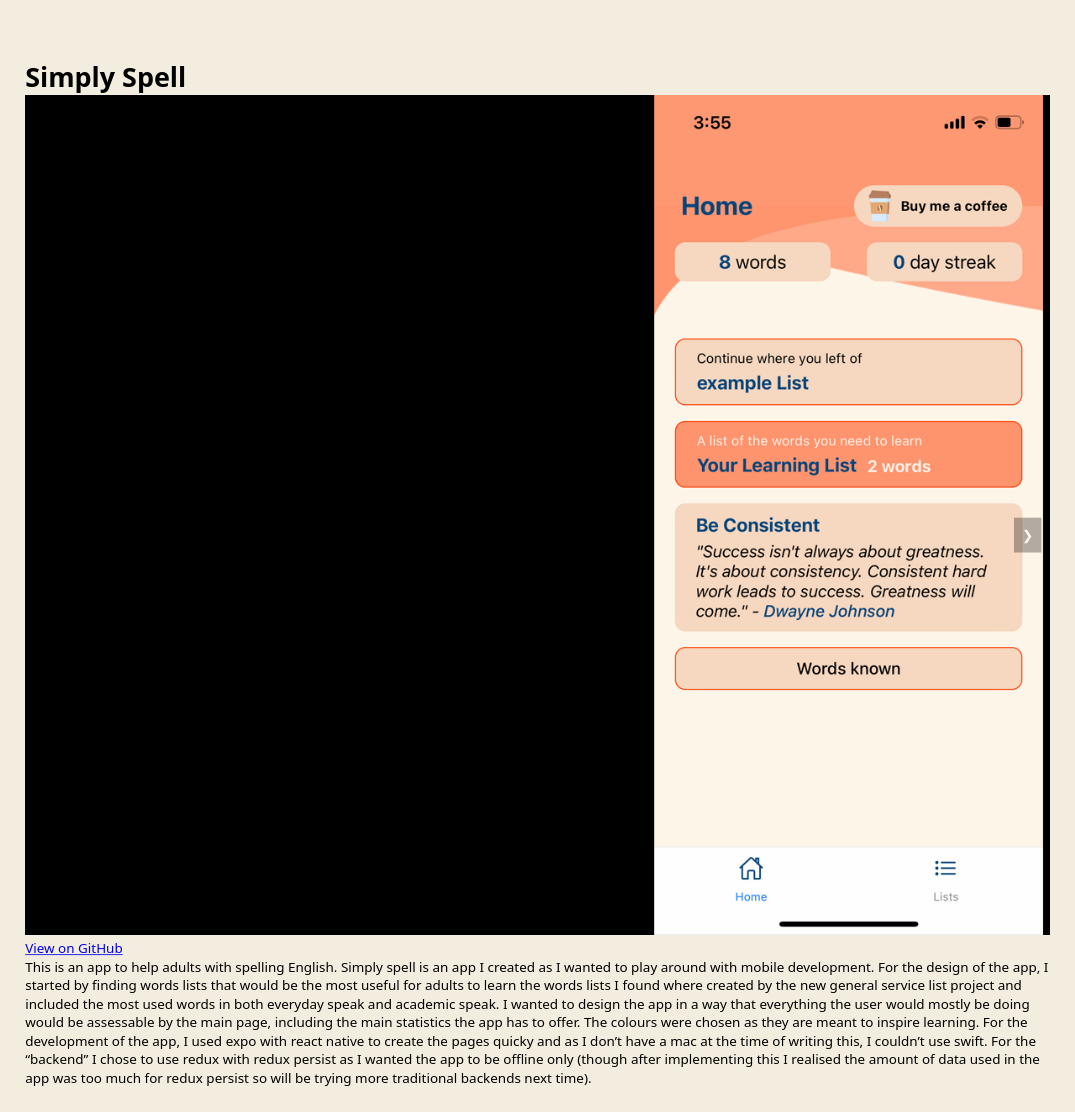
Repository: David-Waite/simpleespellwebsite
Page: /
The author's editor kept a copy of each file at every save. The page is drawn from the files as they stood at one save, then again after the next save.
The browser window is 1280 px wide. The pictures show the whole page, at 84% of full size.
The project was rebuilt for these pictures with package versions that can differ from the ones it lists, and the page was loaded fresh each time.

Above is the page before, as saved 2023-07-27 19:04:42.

### src/index.css
* {
  margin: 0;
  padding: 0;
  font-family: system-ui, -apple-system, BlinkMacSystemFont, "Segoe UI", Roboto,
    Oxygen, Ubuntu, Cantarell, "Open Sans", "Helvetica Neue", sans-serif;
}

body {
  background-color: #f3eddf;
  padding: 30px;
}
h1 {
  margin-top: 40px;
}

.carousel {
  display: flex;
  flex-direction: column;
  position: relative;
}

.slideContainer {
  scroll-snap-type: x mandatory;
  overflow-x: scroll;
  overflow-y: hidden;
  display: flex;
  align-items: center;
  height: 100%;
  -webkit-overflow-scrolling: touch;
  scroll-behavior: smooth;
}

.slideContainer::-webkit-scrollbar {
  display: none;
}
.slide {
  scroll-snap-align: center;
  position: relative;
  min-width: 100%;
  padding-top: 50%;
}
.slide img {
  height: auto;
  width: 100%;
  position: absolute;
  top: 0;
  left: 0;
}
.arrow {
  color: #ffffff;
  background-color: #000000;
  position: absolute;
  text-align: center;
  opacity: 0.3;
  cursor: pointer;
  position: absolute;
  top: 50%;
}
.arrow p {
  padding: 10px;
}
.arrowBack {
  left: 10px;
}
.arrowForward {
  right: 10px;
}
.arrow:hover {
  opacity: 1;
}

### src/App.js
import { useState, useEffect } from "react";
import { useRef } from "react";
import styles from "./index.css";

export default function App(props) {
  let images = [
    "../simplySpell1.PNG",
    "../simplySpell2.PNG",
    "../simplySpell3.PNG",
    "../simplySpell4.PNG",
    "../simplySpell5.PNG",
    "../simplySpell6.PNG",
    "../simplySpell7.PNG",
    "../simplySpell8.PNG",
    "../simplySpell9.PNG",
  ];

  function resetSlideShow() {
    slideContainerRef.current.scrollLeft = 0;
  }

  const slideContainerRef = useRef(null);
  const [hideLeft, setHideLeft] = useState("none");
  const [hideRight, setHideRight] = useState("");

  function handleBackArrow() {
    slideContainerRef.current.scrollLeft =
      slideContainerRef.current.scrollLeft -
      slideContainerRef.current.children[0].clientWidth;
  }

  function handleScroll() {
    const totalLength =
      slideContainerRef.current.children[0].clientWidth * (images.length - 1);

    if (slideContainerRef.current.scrollLeft === 0) {
      setHideLeft("none");
    } else {
      setHideLeft("");
    }

    if (slideContainerRef.current.scrollLeft >= totalLength - 100) {
      setHideRight("none");
    } else {
      setHideRight("");
    }
  }
  function handleFowardArrow() {
    slideContainerRef.current.scrollLeft =
      slideContainerRef.current.scrollLeft +
      slideContainerRef.current.children[0].clientWidth;
  }
  const slideElements = images.map((image) => {
    return (
      <div key={image} className={styles.slide}>
        <img src={image} />
      </div>
    );
  });

  useEffect(() => {
    resetSlideShow();
  }, [props]);

  return (
    <div>
      <h1>Simply Spell</h1>

      <div className={"carousel"}>
        <div
          className={"slideContainer"}
          ref={slideContainerRef}
          onScroll={handleScroll}
        >
          {slideElements}
        </div>

        <div
          style={{ display: hideLeft }}
          className={`arrow arrowBack`}
          onClick={handleBackArrow}
        >
          <p>❮</p>
        </div>

        <div
          style={{ display: hideRight }}
          className={`arrow arrowForward`}
          onClick={handleFowardArrow}
        >
          <p>❯</p>
        </div>
      </div>
      <div>
        <a href="https://github.com/David-Waite/SpellingApp">View on GitHub</a>
        <p>
          This is an app to help adults with spelling English. Simply spell is
          an app I created as I wanted to play around with mobile development.
          For the design of the app, I started by finding words lists that would
          be the most useful for adults to learn the words lists I found where
          created by the new general service list project and included the most
          used words in both everyday speak and academic speak. I wanted to
          design the app in a way that everything the user would mostly be doing
          would be assessable by the main page, including the main statistics
          the app has to offer. The colours were chosen as they are meant to
          inspire learning. For the development of the app, I used expo with
          react native to create the pages quicky and as I don’t have a mac at
          the time of writing this, I couldn’t use swift. For the “backend” I
          chose to use redux with redux persist as I wanted the app to be
          offline only (though after implementing this I realised the amount of
          data used in the app was too much for redux persist so will be trying
          more traditional backends next time).
        </p>
      </div>
    </div>
  );
}

Loaded but not shown: public/index.html (common file); src/index.js (common file); src/reportWebVitals.js (common file)

After the next save:
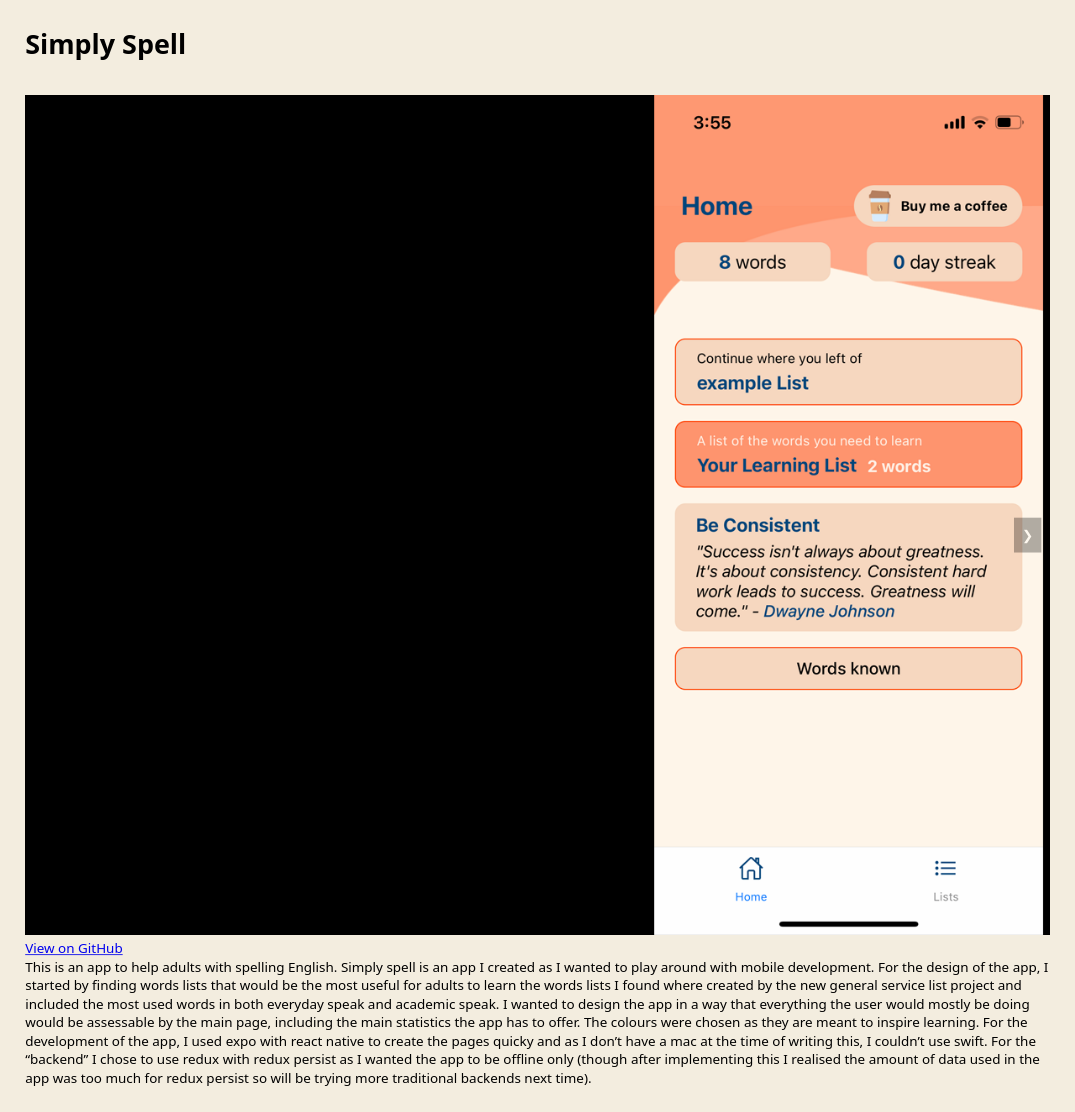
Saved 4 s later.
--- a/src/index.css
+++ b/src/index.css
@@ -10,7 +10,7 @@ body {
   padding: 30px;
 }
 h1 {
-  margin-top: 40px;
+  margin-bottom: 40px;
 }
 
 .carousel {
